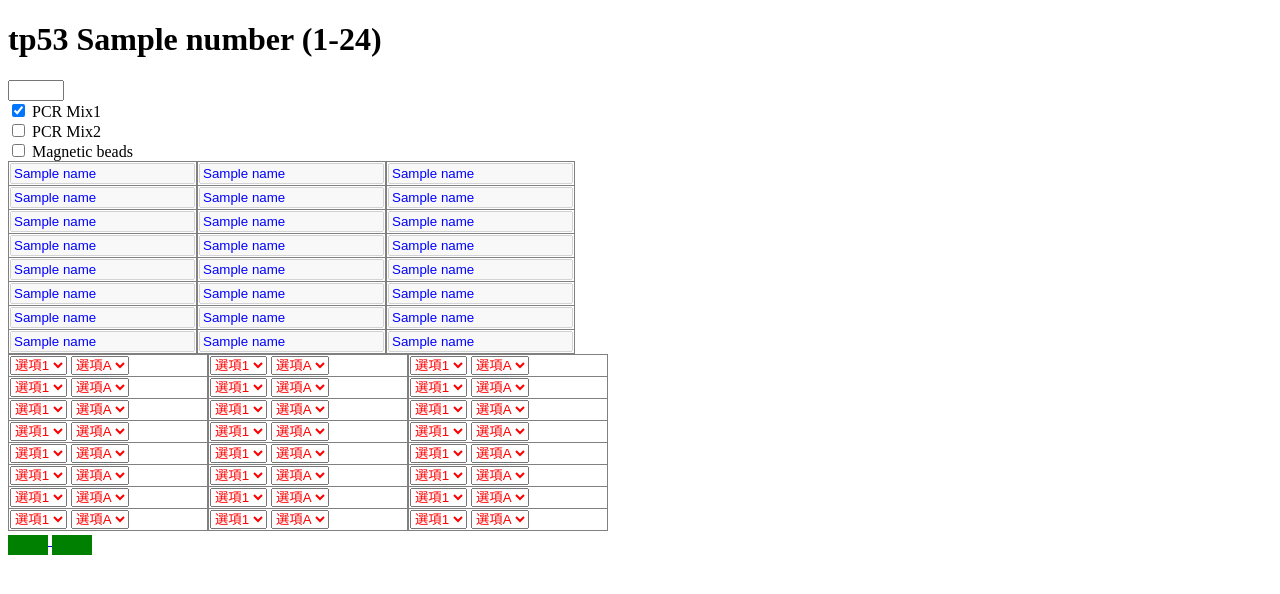
Repository: dnttalk/Ngs_arm1-main
Page: http://localhost/users/login
The author's editor kept a copy of each file at every save. The page is drawn from the files as they stood at one save, then again after the next save.
The browser window is 1280 px wide. The pictures show the whole page.
The page is served by the project's Node server (app.js). Other server files are loaded and not shown.

Above is the page before, as saved 2023-07-27 13:15:17.

### views/second.ejs
<!DOCTYPE html>
<html>

<head>
    <title>人機介面示例</title>
    <meta name="viewport" content="width=device-width, initial-scale=1.0">
    <link rel="stylesheet" href="https://cdnjs.cloudflare.com/ajax/libs/font-awesome/5.15.3/css/all.min.css">
    <link rel="stylesheet" href="/stylesheets/second.css">
</head>

<body>
    <h1>
        tp53 Sample number (1-24)
    </h1>
    <input type="number" max="24" min="1" value="" id="sampleNumberInput">
    <div>
        <input type="checkbox" id="PCR Mix1" name="PCR Mix1" checked>
        <label for="PCR Mix1">PCR Mix1
        </label>
    </div>

    <div>
        <input type="checkbox" id="PCR Mix2" name="PCR Mix2">
        <label for="PCR Mix2">PCR Mix2</label>
    </div>
    <div>
        <input type="checkbox" id="Magnetic beads" name="Magnetic beads">
        <label for="Magnetic beads">Magnetic beads</label>
    </div>
    <div style="display: flex;">
        <% for (let i=1; i <=3; i++) { %>
            <div>
                <table border="1" align="center" style="width: 100px; height: 100px;" cellspacing="0"
                    id="sampleTable<%= i %>">
                    <% for (let j=0; j < 8; j++) { %>
                        <tr>
                            <td>
                                <input type="text" class="sample-name" id="SampleName_<%= i %>_<%= j + 1 %>"
                                    name="SampleName_<%= i %>_<%= j + 1 %>" value="Sample name" disabled>
                            </td>
                        </tr>
                        <% } %>
                </table>
            </div>
            <% } %>
    </div>
    <div style="display: flex;">
        <% for (let i=1; i <=3; i++) { %>
            <div>
                <table border="1" align="center" style="width: 200px; height: 100px;" cellspacing="0"
                    id="indexTable<%= i %>">
                    <% for (let j=0; j < 8; j++) { %>
                        <tr>
                            <td>
                                <select class="index-name" id="IndexName1_<%= i %>_<%= j + 1 %>"
                                    name="IndexName1_<%= i %>_<%= j + 1 %>" onchange="syncSelects(this)">
                                    <option value="option1">選項1</option>
                                    <option value="option2">選項2</option>
                                    <!-- 其他選項... -->
                                </select>

                                <select class="index-name" id="IndexName2_<%= i %>_<%= j + 2 %>"
                                    name="IndexName2_<%= i %>_<%= j + 2 %>" onchange="syncSelects(this)">
                                    <option value="optionA">選項A</option>
                                    <option value="optionB">選項B</option>
                                    <!-- 其他選項... -->
                                </select>
                            </td>
                        </tr>
                        <% } %>
                </table>

                <script>
                    function syncSelects(select) {
                        const otherSelect = select.id.includes('IndexName1') ? select.nextElementSibling : select.previousElementSibling;
                        otherSelect.value = select.value;
                    }
                </script>
            </div>
            <% } %>
    </div>
    <a href="./first.ejs">
        <button onclick="goToFirstPage()" id="leftButton" class="arrow-button" disabled>
            <i class="arrow-icon left"></i>
        </button>
    </a>

    <button id="rightButton" class="arrow-button" disabled>
        <i class="arrow-icon right"></i>
    </button>
    <script src="/javascripts/second.js"></script>


</body>

</html>

### app.js
const cors = require('cors');
const express = require('express');
const path = require('path');
const logger = require('morgan');
const cookieParser = require('cookie-parser');
const bodyParser = require('body-parser');
const port = 3000;
const index = require('./routes/index');
const users = require('./routes/users');
const first = require('./routes/first');
const ejs = require('ejs');
const app = express();
app.use(cors());
app.engine('html', ejs.__express);
app.set('views', path.join(__dirname, 'views'));
app.set('view engine', 'ejs')
app.use(logger('dev'));
app.use(bodyParser.json());
app.use(bodyParser.urlencoded({ extended: false }));
app.use(cookieParser());
app.use(express.static(path.join(__dirname, 'public')));
app.use(express.static(__dirname + '/public'));
app.use('/', index);
app.use('/users', users);
app.use('/users', first);

app.use((req, res, next) => {
  const apiUrl = req.protocol + '://' + req.get('host') + '/api';
  // 将 apiUrl 存储到 res.locals 中，以便在后续的路由处理程序中使用
  res.locals.apiUrl = apiUrl;
  next();
});

// 示例路由处理程序，使用 apiUrl
app.get('/users', (req, res) => {
  const apiUrl = res.locals.apiUrl;
  // 使用 apiUrl 进行 API 请求
  res.send('API URL: ' + apiUrl);
  console.log(apiUrl);
});
app.get('/api/start/open', (req, res) => {
  const PCR_open = require('./public/javascripts/PCR_open.js');
  PCR_open.req;
  res.json({ message: 'PCR 開蓋' });
});

app.get('/api/start/close', (req, res) => {
  const PCR_close = require('./public/javascripts/PCR_close.js');
  PCR_close.req;
  res.json({ message: 'PCR 關蓋' });
});

app.get('/api/start/read', (req, res) => {
  const read_head = require('./public/javascripts/read_head.js');
  read_head.req;
  res.json({ message: '槍頭' });
});

app.get('/api/start/both', (req, res) => {
  const openScript = require('./public/javascripts/PCR_open.js');
  openScript.req;
  const closeScript = require('./public/javascripts/PCR_close.js');
  closeScript.req;
  res.json({ message: 'PCR 開蓋並關蓋' });
});
// error handler
app.use(function (err, req, res, next) {
  // set locals, only providing error in development
  res.locals.message = err.message;
  res.locals.error = req.app.get('env') === 'development' ? err : {};

  // render the error page
  res.status(err.status || 500);
  res.render('error');
});

module.exports = app;
// 啟動服務器
app.listen(port, () => {
  console.log(`Server running at http://localhost:${port}/`);
});

### routes/users.js
const express = require('express');
const router = express.Router();
const fs = require('fs');
const path = require('path');

router.post('/login', (req, res) => {
  const { user, pwd } = req.body;
  const dataPath = path.join(__dirname, '../data/data.json');

  fs.readFile(dataPath, 'utf-8', (error, data) => {
    if (error) {
      res.send("<h1 style='color:orange'>! 伺服器錯誤</h1>" + error);
      return;
    }

    const arr = JSON.parse(data);
    const userObj = arr.find(obj => obj.user === user && obj.pwd === pwd);

    if (userObj) {
      res.render('first', { user, title: '登入成功' });
    } else {
      res.send(`<h1 style='color:red'>! 登入失敗</h1> 登入失敗！3秒後將自動返回登入介面.....<script>setTimeout(() => {window.location = '/login.html';}, 3000);</script>`);
    }
  });
});

const renderTemplate = (res, template) => {
  res.render(template);
};

router.get('/login', (req, res) => renderTemplate(res, 'second'));
router.get('/login', (req, res) => renderTemplate(res, 'mpn'));
router.get('/login', (req, res) => renderTemplate(res, 'first'));

module.exports = router;

### public/stylesheets/second.css
table {
  border-collapse: collapse;
  width: 540pt;
}

th {
  border: 1px solid windowtext;
  width: 54pt;
  height: 16.2pt;
}
.check {
  width: 216pt;
  height: 16.2pt;
}
.greyed-out {
  background-color: #ccc;
}

.sample-name-color {
  color: blue;
}

.index-name-color {
  color: red;
}

.disabled {
  background-color: #f1f1f1;
}

.sample-name {
  color: blue;
}

.index-name {
  color: red;
}
.arrow-button {
  padding: 10px 20px;
  border: none;
  background-color: green;
  color: white;
  font-size: 16px;
  cursor: not-allowed;
}

.blue-button {
  background-color: blue;
}

.green-button {
  background-color: green;
}

### public/javascripts/second.js
const sampleNumberInput = document.getElementById("sampleNumberInput");
const sampleNameInputs = document.querySelectorAll(".sample-name");
const indexNameInputs = document.querySelectorAll(".index-name");

sampleNumberInput.addEventListener("input", function () {
    const sampleNumber = parseInt(sampleNumberInput.value);
    const maxSampleNumber = parseInt(sampleNumberInput.getAttribute("max"));

    if (isNaN(sampleNumber) || sampleNumber < 1 || sampleNumber > maxSampleNumber) {
        sampleNumberInput.value = "";
        return;
    }

    // Disable excess sample name inputs
    sampleNameInputs.forEach(function (input, index) {
        if (index >= sampleNumber) {
            input.value = "";
            input.disabled = true;
            input.classList.add("disabled");
        } else {
            input.disabled = false;
            input.classList.remove("disabled");
        }
    });

    // Disable excess index name inputs
    indexNameInputs.forEach(function (input, index) {
        if (index >= sampleNumber) {
            input.value = "";
            input.disabled = true;
            input.classList.add("disabled");
        } else {
            input.disabled = false;
            input.classList.remove("disabled");
        }
    });
});

document.addEventListener('DOMContentLoaded', function () {
    var checkboxes = document.querySelectorAll('input[type="checkbox"]');

    var rightButton = document.getElementById('rightButton');

    function updateButtonState() {
        var allChecked = true;
        checkboxes.forEach(function (checkbox) {
            if (!checkbox.checked) {
                allChecked = false;
            }
        });

        if (allChecked) {

            rightButton.classList.add('blue-button');

            rightButton.disabled = false;
        } else {

            rightButton.classList.remove('blue-button');

            rightButton.disabled = true;
        }
    }

    checkboxes.forEach(function (checkbox) {
        checkbox.addEventListener('change', updateButtonState);
    });
});
function goToFirstPage() {
    window.location.href = '/first';
}

After the next save:
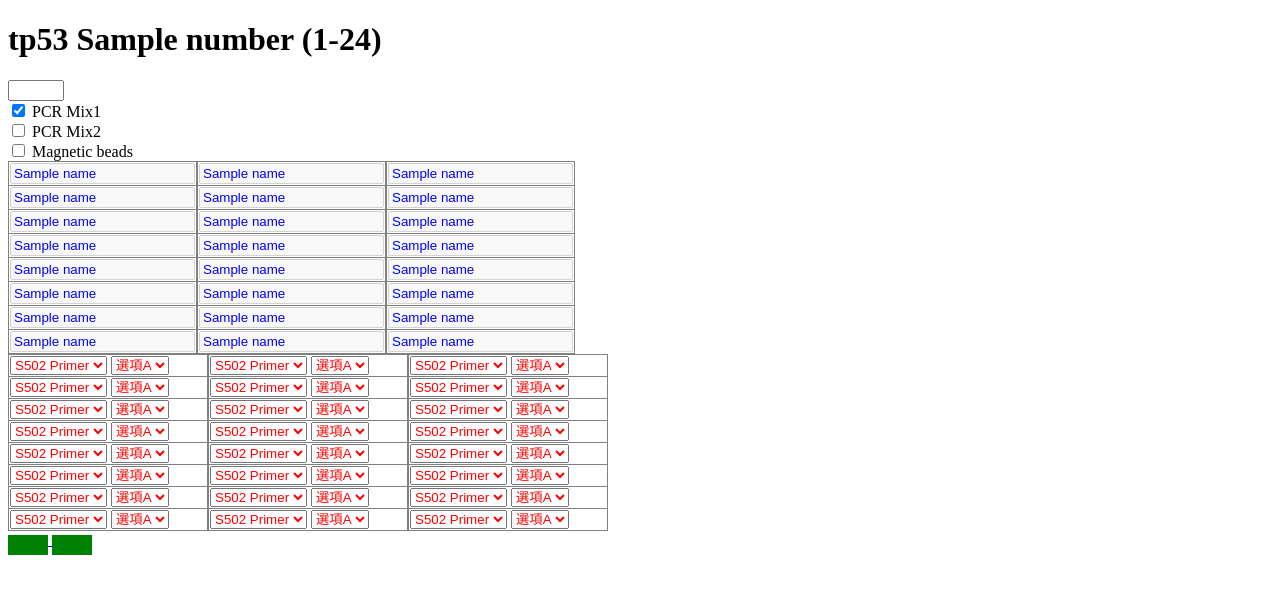
Saved 107 s later.
--- a/views/second.ejs
+++ b/views/second.ejs
@@ -54,7 +54,7 @@
                             <td>
                                 <select class="index-name" id="IndexName1_<%= i %>_<%= j + 1 %>"
                                     name="IndexName1_<%= i %>_<%= j + 1 %>" onchange="syncSelects(this)">
-                                    <option value="option1">選項1</option>
+                                    <option value="option1">S502 Primer</option>
                                     <option value="option2">選項2</option>
                                     <!-- 其他選項... -->
                                 </select>
